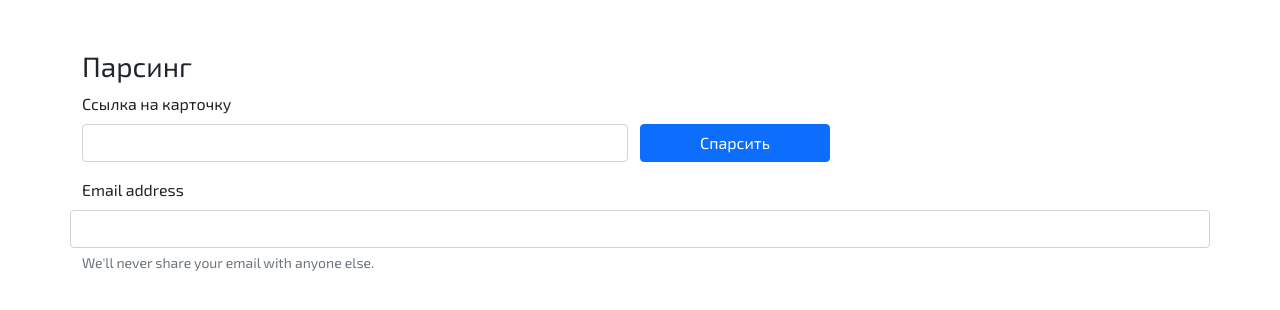
Repository: yozuul/wildberries-product-card-parser-api-exchange
Page: public/index.html
The author's editor kept a copy of each file at every save. The page is drawn from the files as they stood at one save, then again after the next save.
The browser window is 1280 px wide. The pictures show the whole page.

Above is the page before, as saved 2021-08-18 19:57:55.

### public/index.html
<!DOCTYPE html>
<html lang="en">

<head>
   <meta charset="UTF-8">
   <meta http-equiv="X-UA-Compatible" content="IE=edge">
   <meta name="viewport" content="width=device-width, initial-scale=1.0">
   <title>Document</title>
   <link href="https://cdn.jsdelivr.net/npm/bootstrap@5.1.0/dist/css/bootstrap.min.css" rel="stylesheet" integrity="sha384-KyZXEAg3QhqLMpG8r+8fhAXLRk2vvoC2f3B09zVXn8CA5QIVfZOJ3BCsw2P0p/We" crossorigin="anonymous">
   <link rel="stylesheet" href="style.css">

</head>

<body>
   <div class="container">
      <form class="row parser_form_wrapper align-items-end">
            <div class="mb-3 col-6">
               <h3>Парсинг</h3>
               <label for="cardProductURL" class="form-label">Ссылка на карточку</label>
               <input type="text" class="form-control" id="cardProductURL">
            </div>
            <button type="submit" class="btn btn-primary mb-3 col-2">Спарсить</button>
          </form>
      </div>


    <form class="container">
       <div class="row">
         <label for="exampleInputEmail1" class="form-label">Email address</label>
         <input type="email" class="form-control" id="exampleInputEmail1" aria-describedby="emailHelp">
         <div id="emailHelp" class="form-text">We'll never share your email with anyone else.</div>
       </div>
    </form>

   <!-- <form class="productFormWrapper">
      <div class="productFormWrapperLeft productForm">
            <h3>Данные о товаре</h3>
            <div class="inputWrapper">
               <p>Название товара</p>
               <input type="text" name="productName" id="productName">
            </div>
            <div class="inputWrapper">
               <p>Описание товара</p>
               <textarea name="productDesc" id="productDesc"></textarea>
            </div>
            <div class="inputWrapper">
               <p>Бренд</p>
               <input type="text" name="productBrand" id="productBrand">
            </div>
            <div class="inputWrapper">
               <p>Цена</p>
               <input type="text" name="productPrice" id="productPrice">
            </div>
            <div class="inputWrapper">
               <p>Изображения</p>
            </div>
      </div>
      <div class="productFormWrapperRight productForm">
         <h3>Описание и характеристики</h3>
      </div>
   </form> -->
   <script src="index.js"></script>
</body>

</html>

### public/style.css
@import url('https://fonts.googleapis.com/css2?family=Exo+2&display=swap');

* {
   font-family: 'Exo 2', sans-serif;
}

body {
   padding: 0;
   margin: 0;
}

.parser_form_wrapper {
   margin-top: 50px;
}
/* .productFormWrapper, .parseFormWrapper {
   max-width: 1200px;
   margin: auto;
   padding-top: 25px;
   padding-bottom: 25px;
}
.parseFormWrapper {
   border-bottom: 1px dotted #9999;
}
.productFormWrapper {
   display: flex;
}
.productFormWrapperLeft {
   margin-right: 50px;
}
.parseForm {
   display: flex;
   flex-wrap: wrap;
   max-width: 550px;
}
.parseForm input {
   width: 550px;
   margin-bottom: 20px;
}
.productForm {
}
.productForm input, .productForm textarea {
   width: 550px;
}
.productForm textarea {
   height: 100px;
   resize: none;
}
.parseFormWrapper p, .productFormWrapper p {
   margin-bottom: 8px;
   margin-top: 0;
}
.inputWrapper {
   margin-bottom: 15px;
} */

Loaded but not shown: index.js (no copy from this time; the picture is the same without it)

After the next save:
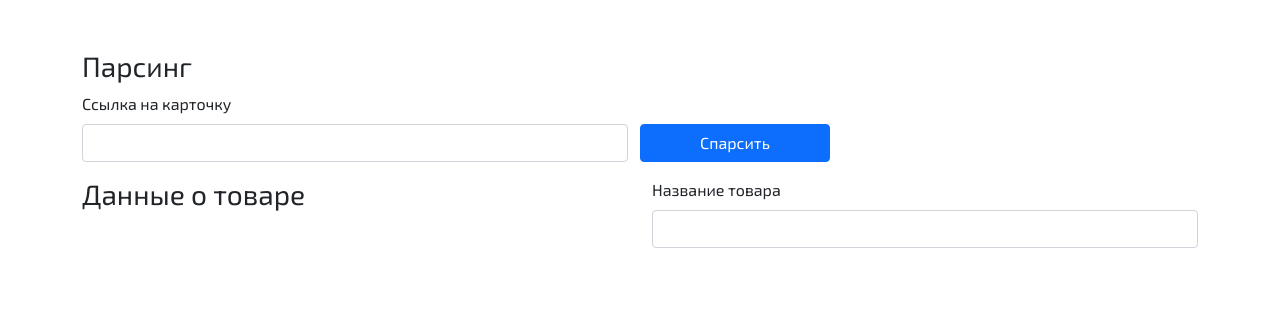
Saved 71 s later.
--- a/public/index.html
+++ b/public/index.html
@@ -26,9 +26,11 @@
 
     <form class="container">
        <div class="row">
-         <label for="exampleInputEmail1" class="form-label">Email address</label>
-         <input type="email" class="form-control" id="exampleInputEmail1" aria-describedby="emailHelp">
-         <div id="emailHelp" class="form-text">We'll never share your email with anyone else.</div>
+          <h3 class="col">Данные о товаре</h3>
+          <div class="col-6">
+            <label for="productName" class="form-label">Название товара</label>
+            <input type="text" class="form-control" id="productName">
+          </div>
        </div>
     </form>
 
